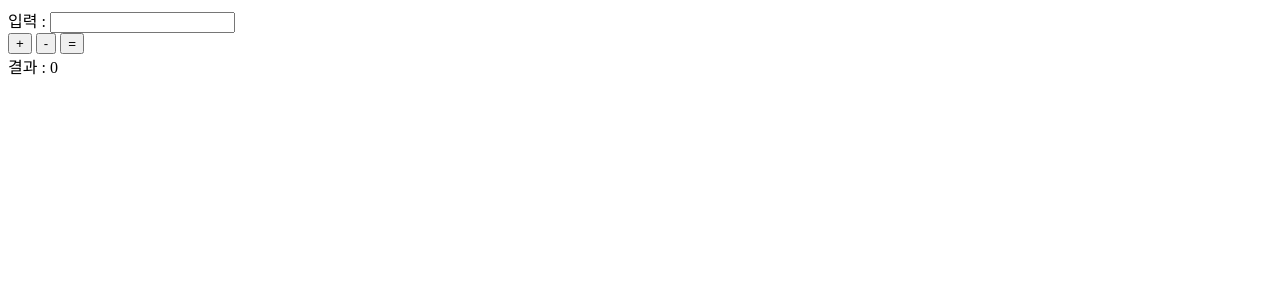
Repository: yunBibi/newlecture_jsp
Page: Test/src/main/webapp/calc3.html
The author's editor kept a copy of each file at every save. The page is drawn from the files as they stood at one save, then again after the next save.
The browser window is 1280 px wide. The pictures show the whole page.

Above is the page before, as saved 2021-12-04 07:14:36.

After the next save:
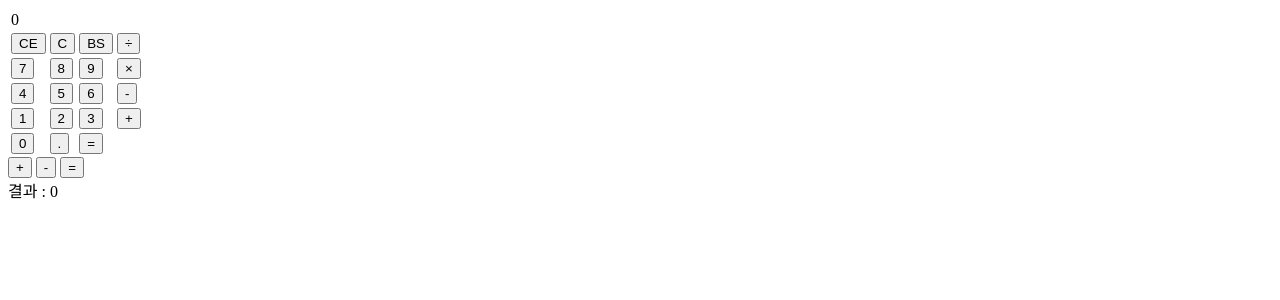
Saved 5 min 24 s later.
--- a/Test/src/main/webapp/calc3.html
+++ b/Test/src/main/webapp/calc3.html
@@ -6,11 +6,41 @@
 </head>
 <body>
 	<form action="calc3" method="post">
-		<div>
-			<label> 입력 : </label>
-			<input type="text" name="v" />
-		</div>
+		<table>
+			<tr>
+				<td colspan="4">0</td>
+			</tr>
+			<tr>
+				<td><input type="submit" name="operator" value="CE" /></td>
+				<td><input type="submit" name="operator" value="C" /></td>
+				<td><input type="submit" name="operator" value="BS" /></td>
+				<td><input type="submit" name="operator" value="÷" /></td>
+			</tr>
+			<tr>
+				<td><input type="submit" name="operator" value="7" /></td>
+				<td><input type="submit" name="operator" value="8" /></td>
+				<td><input type="submit" name="operator" value="9" /></td>
+				<td><input type="submit" name="operator" value="×" /></td>
+			</tr>
+			<tr>
+				<td><input type="submit" name="operator" value="4" /></td>
+				<td><input type="submit" name="operator" value="5" /></td>
+				<td><input type="submit" name="operator" value="6" /></td>
+				<td><input type="submit" name="operator" value="-" /></td>
+			</tr>
+			<tr>
+				<td><input type="submit" name="operator" value="1" /></td>
+				<td><input type="submit" name="operator" value="2" /></td>
+				<td><input type="submit" name="operator" value="3" /></td>
+				<td><input type="submit" name="operator" value="+" /></td>
+			</tr>
+			<tr>
+				<td><input type="submit" name="operator" value="0" /></td>
+				<td><input type="submit" name="operator" value="." /></td>
+				<td><input type="submit" name="operator" value="=" /></td>
+			</tr>
 
+		</table>
 		<div>
 			<input type="submit" name="operator" value="+" />
 			<input type="submit" name="operator" value="-" />
